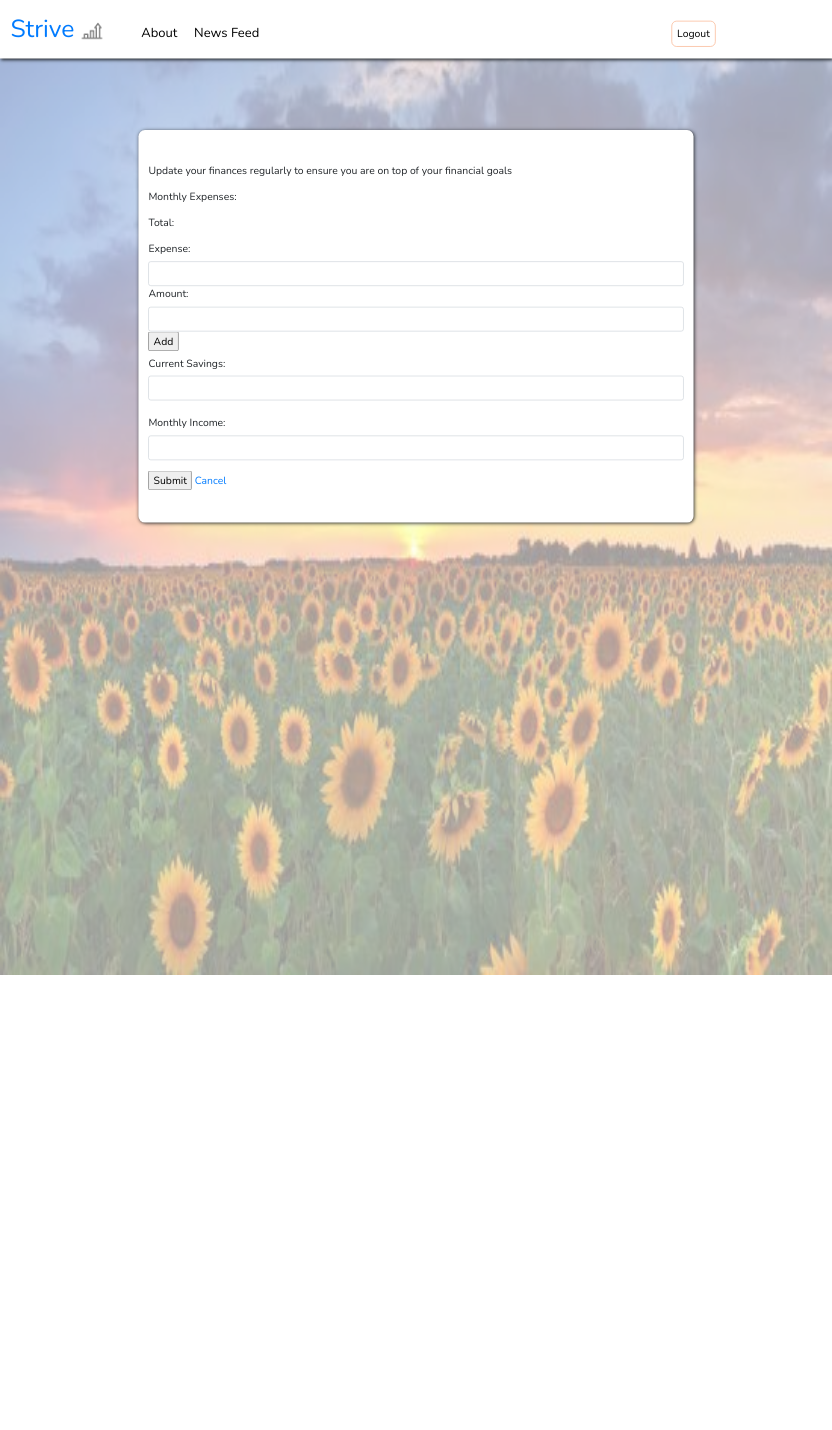
Repository: NoraOK/Strive
Page: http://localhost/strive/WEB-INF/strive/ie.jsp
These files come from the project's save history. The page is drawn as it stood at one moment and after the next save; the edit follows.
The browser window is 1280 px wide. The pictures show the whole page, at 65% of full size.
The page is served by Tomcat 9. Nobody is signed in. The template is opened directly, without the code that normally fills it, so the values that code supplies are empty.

Above is the page before, as saved 2019-12-20 17:40:06.

After the next save:
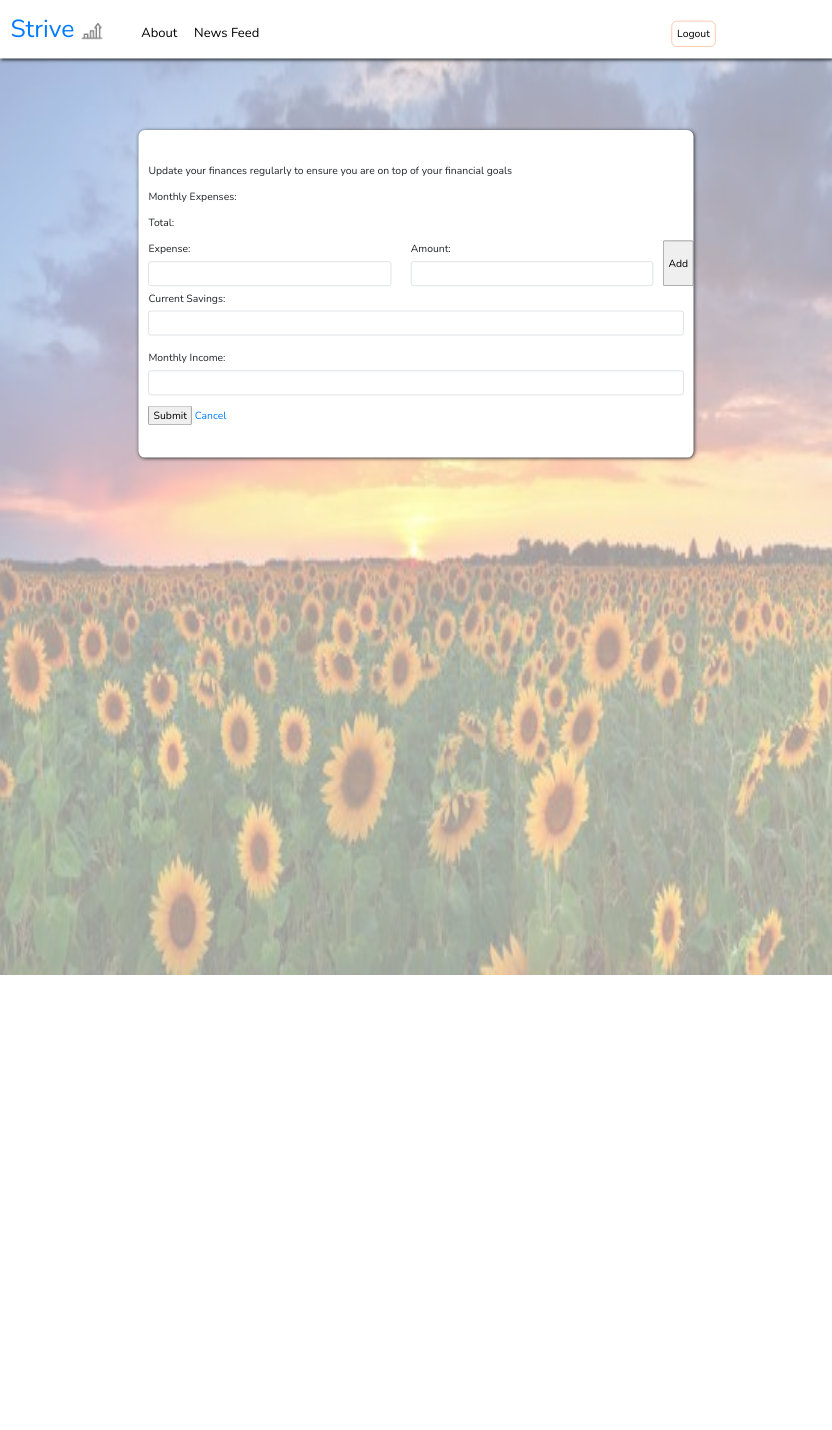
Saved 2 min 54 s later.
--- a/strive/src/main/webapp/WEB-INF/strive/ie.jsp
+++ b/strive/src/main/webapp/WEB-INF/strive/ie.jsp
@@ -35,13 +35,17 @@
 			</p>
 		</c:forEach>
 		<p>Total: <fmt:formatNumber value="${user.totalUserExpense}" type="currency"/></p>
-		<form:form action="/addUserExpense" method="post" modelAttribute="userExpense">
+		<form:form action="/addUserExpense" method="post" modelAttribute="userExpense" class="row">
 			<form:hidden path="user" value="${user.id}"/>
-			<form:label path="name">Expense:</form:label>
-			<form:input path="name" type="text" class="form-control"/>
-			<form:label path="amount">Amount:</form:label>
-			<form:input path="amount" type="text" class="form-control"/>
-			<input type="submit" value="Add"/>
+			<div class="col">
+				<form:label path="name">Expense:</form:label>
+				<form:input path="name" type="text" class="form-control"/>
+			</div>
+			<div class="col">
+				<form:label path="amount">Amount:</form:label>
+				<form:input path="amount" type="text" class="form-control"/>
+			</div>
+				<input type="submit" value="Add"/>
 		</form:form>
 		<form action="/strive/updateFinances" method="post">
 			<p>
